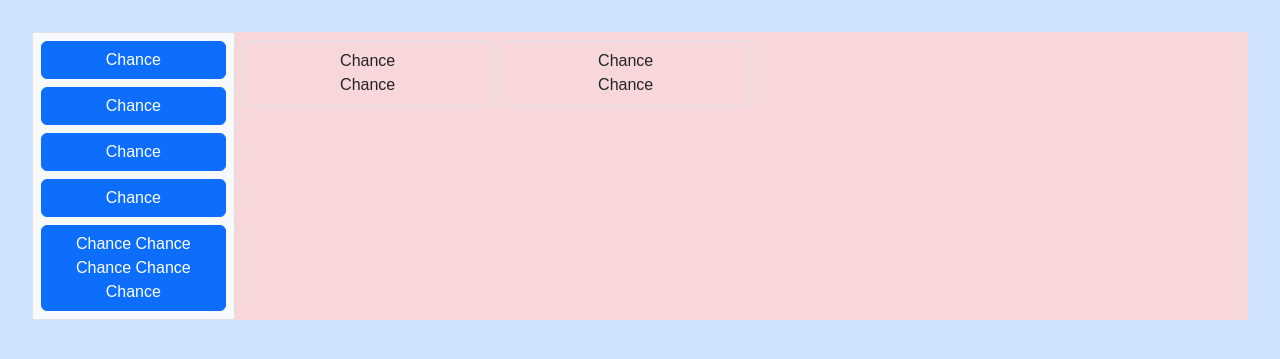
Repository: chancellor-w-whitaker/bec-tab
Page: /
An editor plug-in stored every save of this project. The page is shown before and after the next save, followed by the edit.
The browser window is 1280 px wide. The pictures show the whole page.
Some web fonts or font styles are not loaded; a fallback is used. The project was rebuilt for these pictures with package versions that can differ from the ones it lists, and the page was loaded fresh each time. Also part of the build but not shown: vite.config.js.

Above is the page before, as saved 2024-01-07 00:38:15.

After the next save:
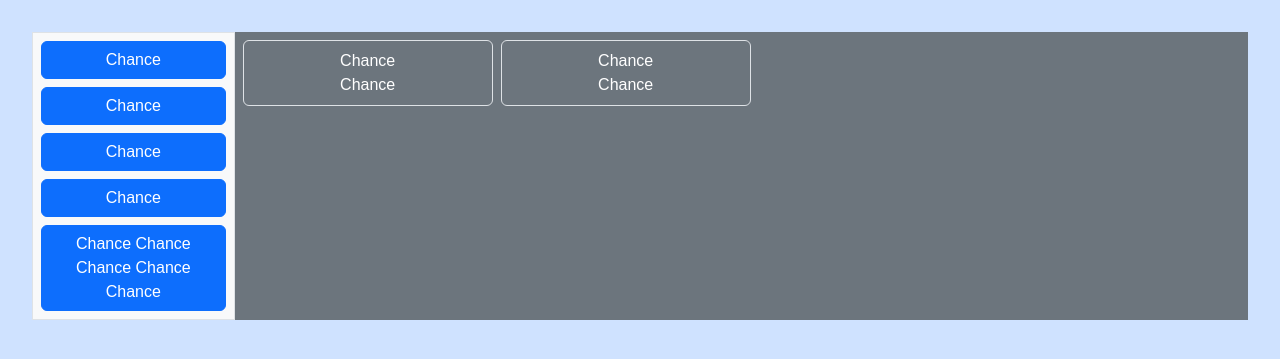
Saved 17 s later.
--- a/src/App.jsx
+++ b/src/App.jsx
@@ -48,7 +48,7 @@ const App = () => {
             <Button>Chance Chance Chance Chance Chance</Button>
           </div>
         </div>
-        <div className="col-md-9 ms-sm-auto col-lg-10 p-0 bg-danger-subtle">
+        <div className="col-md-9 ms-sm-auto col-lg-10 p-0 text-bg-secondary">
           <div className="d-flex flex-row flex-wrap gap-2 p-2">
             <Card></Card>
             <Card></Card>
